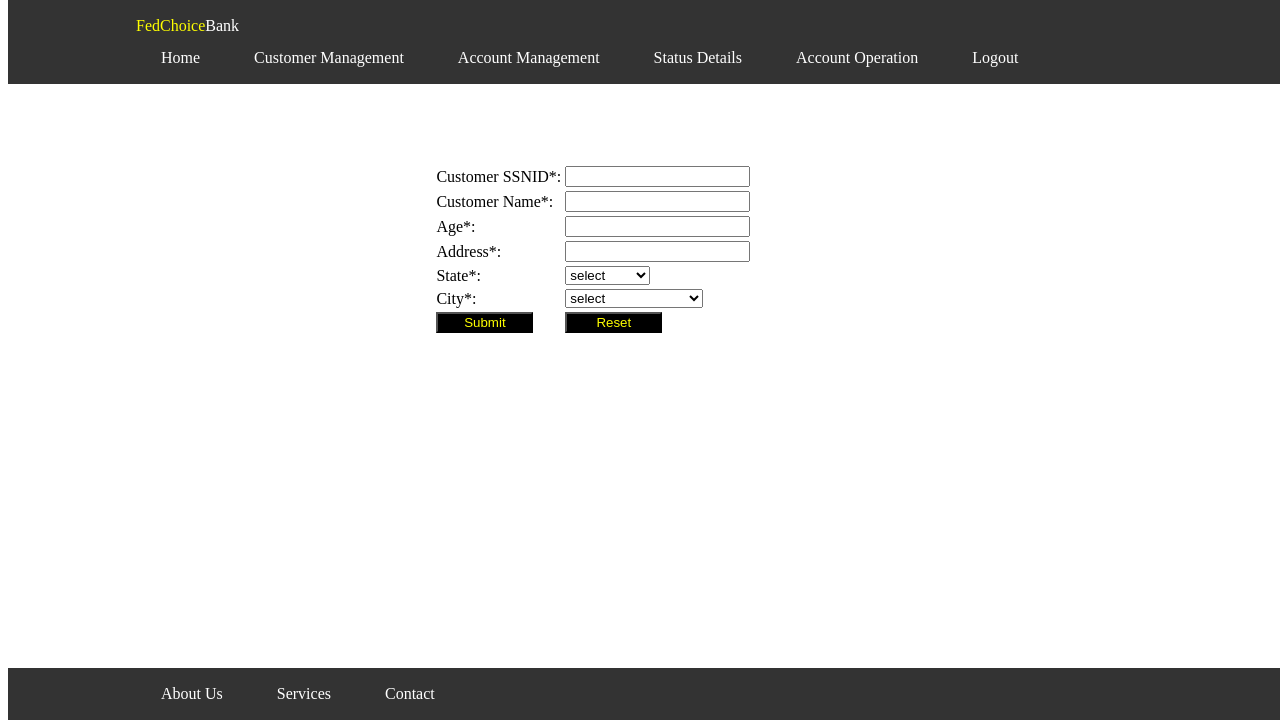
Repository: gopikavinod/RBM
Page: http://localhost/Retail_Bank_Management/userLogged.jsp
The author's editor kept a copy of each file at every save. The page is drawn from the files as they stood at one save, then again after the next save.
The browser window is 1280 px wide. The pictures show the whole page.
The page is served by Tomcat 9.

Above is the page before, as saved 2020-06-15 10:59:13.

After the next save:
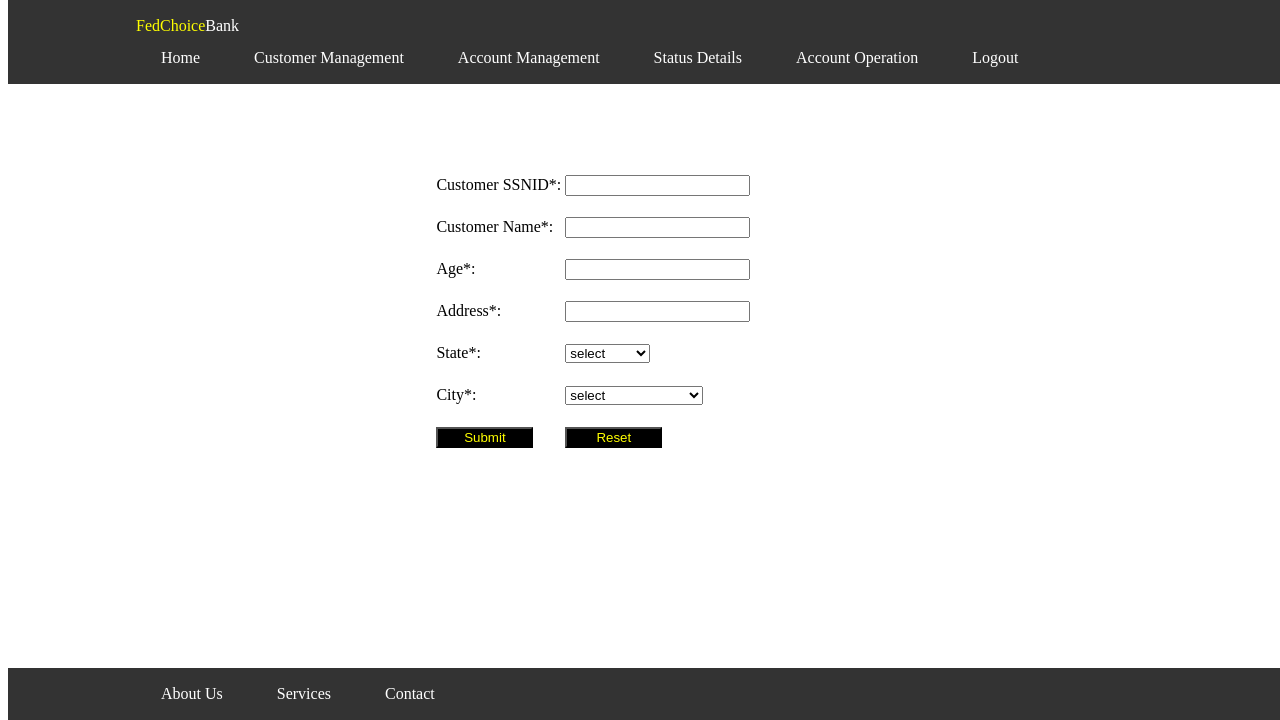
Saved 8 min 59 s later.
--- a/eclipse-workspace/Retail Bank Management/WebContent/userLogged.jsp
+++ b/eclipse-workspace/Retail Bank Management/WebContent/userLogged.jsp
@@ -58,6 +58,10 @@
     }
     span.name{
     	color:white;
+    }
+    tr
+    {
+    height: 40px;
     }
 </style>
 </head>
